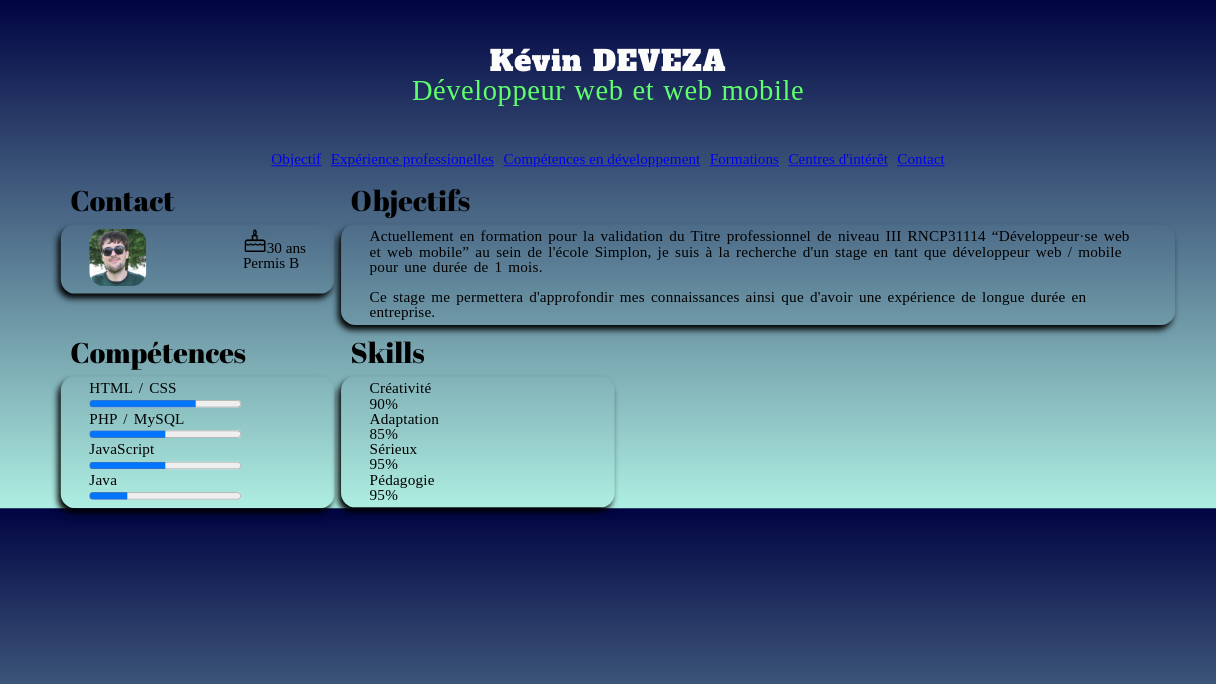
Repository: KevinDvZ/kevindvz.github.io
Page: index.html
These files come from the project's save history. The page is drawn as it stood at one moment and after the next save; the edit follows.
The browser window is 1280 px wide. The pictures show the whole page, at 95% of full size.

Above is the page before, as saved 2020-10-28 11:14:27.

After the next save:
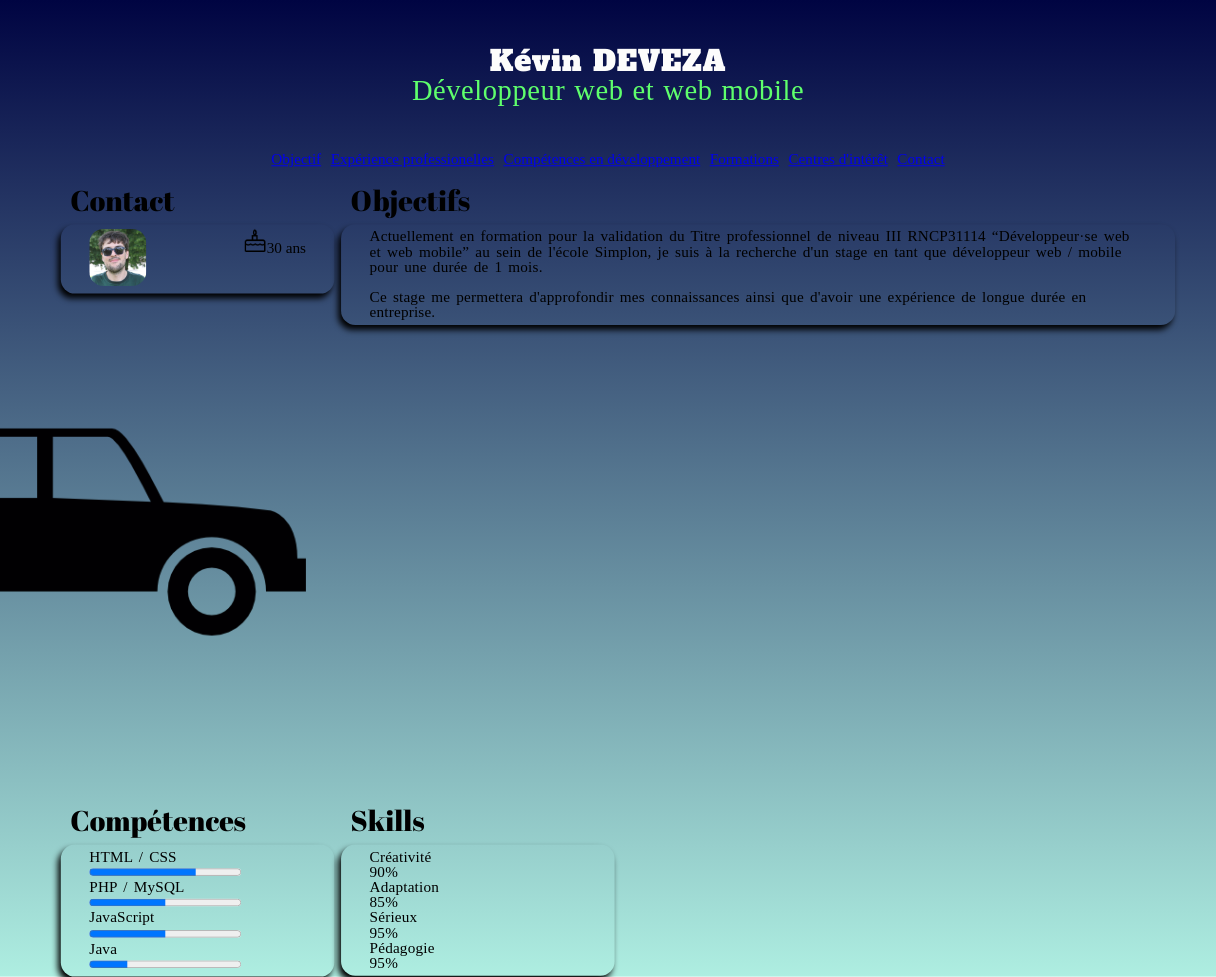
Saved 3 min 1 s later.
--- a/index.html
+++ b/index.html
@@ -45,8 +45,8 @@
       <h2 class="entete">Contact</h2>
       <div class="cadre">
       <img src="assets/img/solaire_cv.jpg" alt="" class="img">
-        <h3><img src="assets/icones/birthday_cake.png" alt="" class="icone">30 ans <br>
-        Permis B</h3>
+        <h3><img src="assets/icones/birthday_cake.png" alt="" class="icone">30 ans </h3>
+        <h3><img src="assets/icones/car.png" alt="" class="icon">Permis B</h3>
 
       </div>
 </div>

After the save that followed:
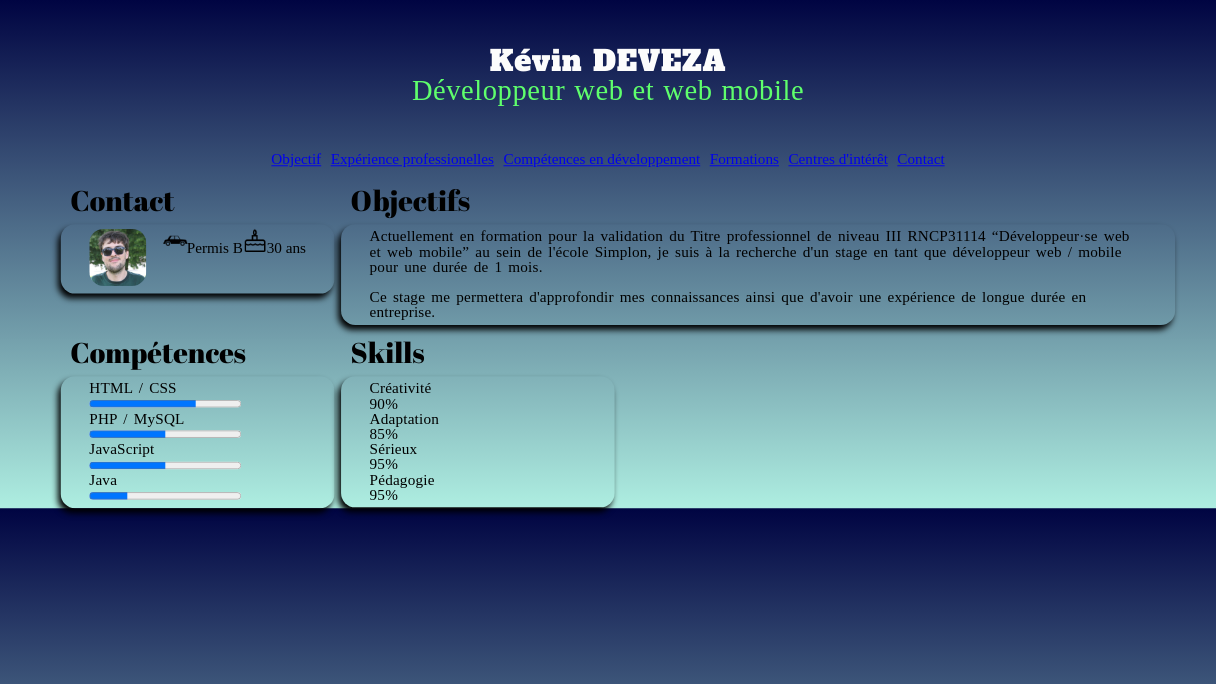
Saved 26 s later.
--- a/index.html
+++ b/index.html
@@ -46,7 +46,7 @@
       <div class="cadre">
       <img src="assets/img/solaire_cv.jpg" alt="" class="img">
         <h3><img src="assets/icones/birthday_cake.png" alt="" class="icone">30 ans </h3>
-        <h3><img src="assets/icones/car.png" alt="" class="icon">Permis B</h3>
+        <h3><img src="assets/icones/car.png" alt="" class="icone">Permis B</h3>
 
       </div>
 </div>
